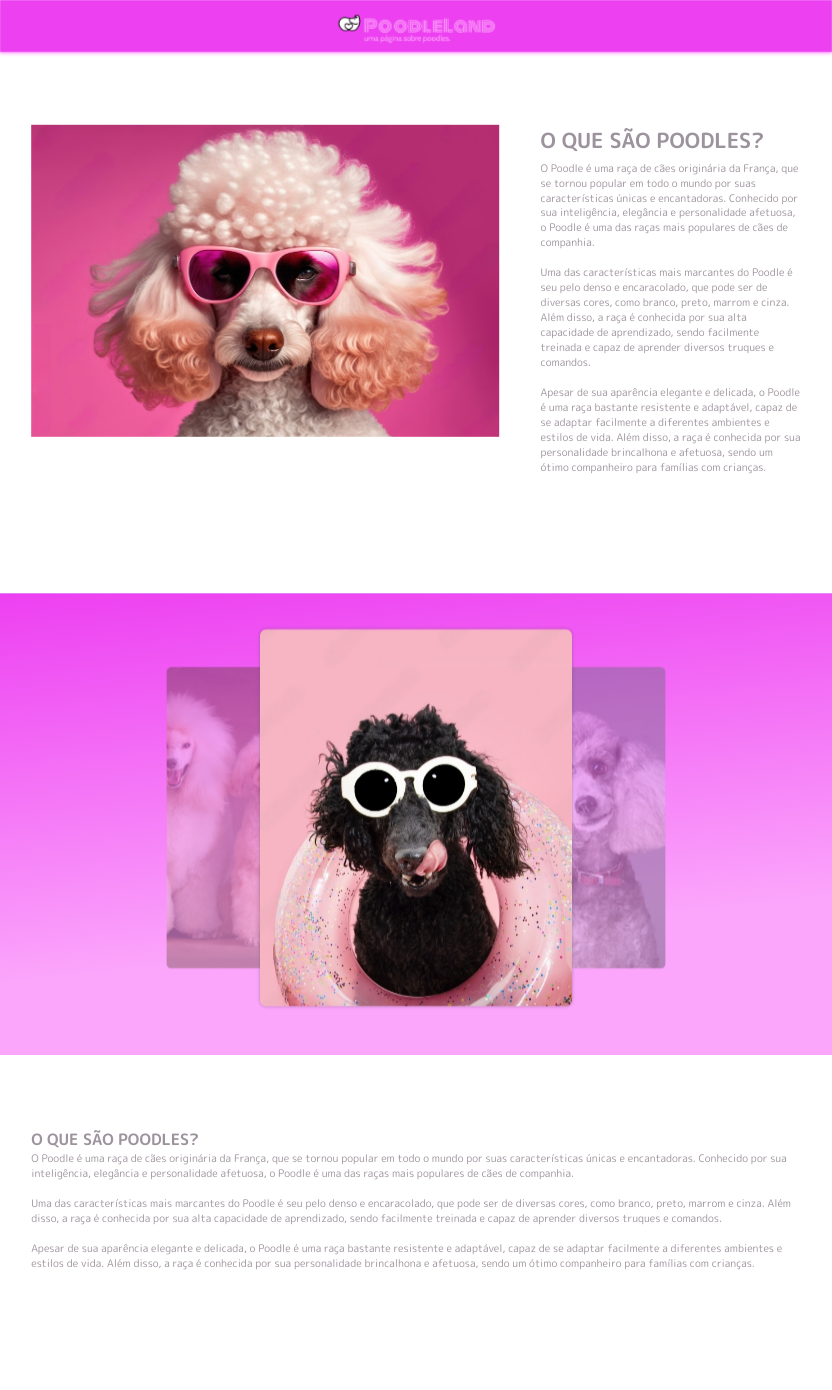
Repository: vinibalt/PoodleLand
Page: poddlelandia.html
These files come from the project's save history. The page is drawn as it stood at one moment and after the next save; the edit follows.
The browser window is 1280 px wide. The pictures show the whole page, at 65% of full size.

Above is the page before, as saved 2023-05-12 21:54:05.

After the next save:
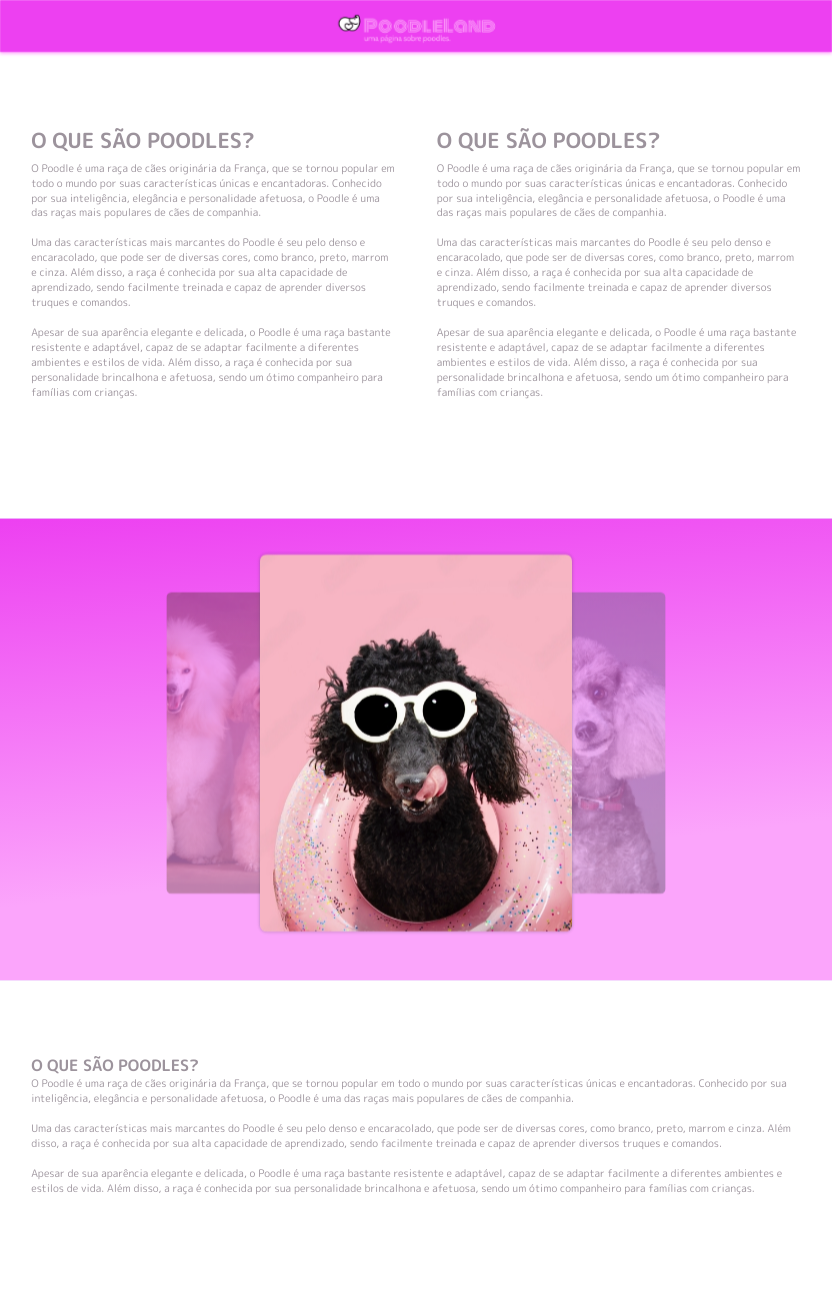
Saved 15 s later.
--- a/poddlelandia.html
+++ b/poddlelandia.html
@@ -17,8 +17,22 @@
     </header>
 
     <section class="section-one row">
-        <div class="img-one">
-            <img src="./assets/img/poddle-lindo.jpeg" alt="" height="480px">
+        <div class="text-one">
+            <h1>O QUE SÃO POODLES?</h1>
+            <p>
+                O Poodle é uma raça de cães originária da França, que se tornou popular em todo o mundo por suas
+                características únicas e encantadoras. Conhecido por sua inteligência, elegância e personalidade
+                afetuosa, o Poodle é uma das raças mais populares de cães de companhia. <br><br>
+                Uma das características mais marcantes do Poodle é seu pelo denso e encaracolado, que pode ser de
+                diversas cores, como branco, preto, marrom e cinza. Além disso, a raça é conhecida por sua alta
+                capacidade de aprendizado, sendo facilmente treinada e capaz de aprender diversos truques e comandos.
+                <br><br>
+                Apesar de sua aparência elegante e delicada, o Poodle é uma raça bastante resistente e adaptável, capaz
+                de se adaptar facilmente a diferentes ambientes e estilos de vida. Além disso, a raça é conhecida por
+                sua personalidade brincalhona e afetuosa, sendo um ótimo companheiro para famílias com crianças.
+                <br><br>
+
+            </p>
         </div>
 
         <div class="text-one">

After the save that followed:
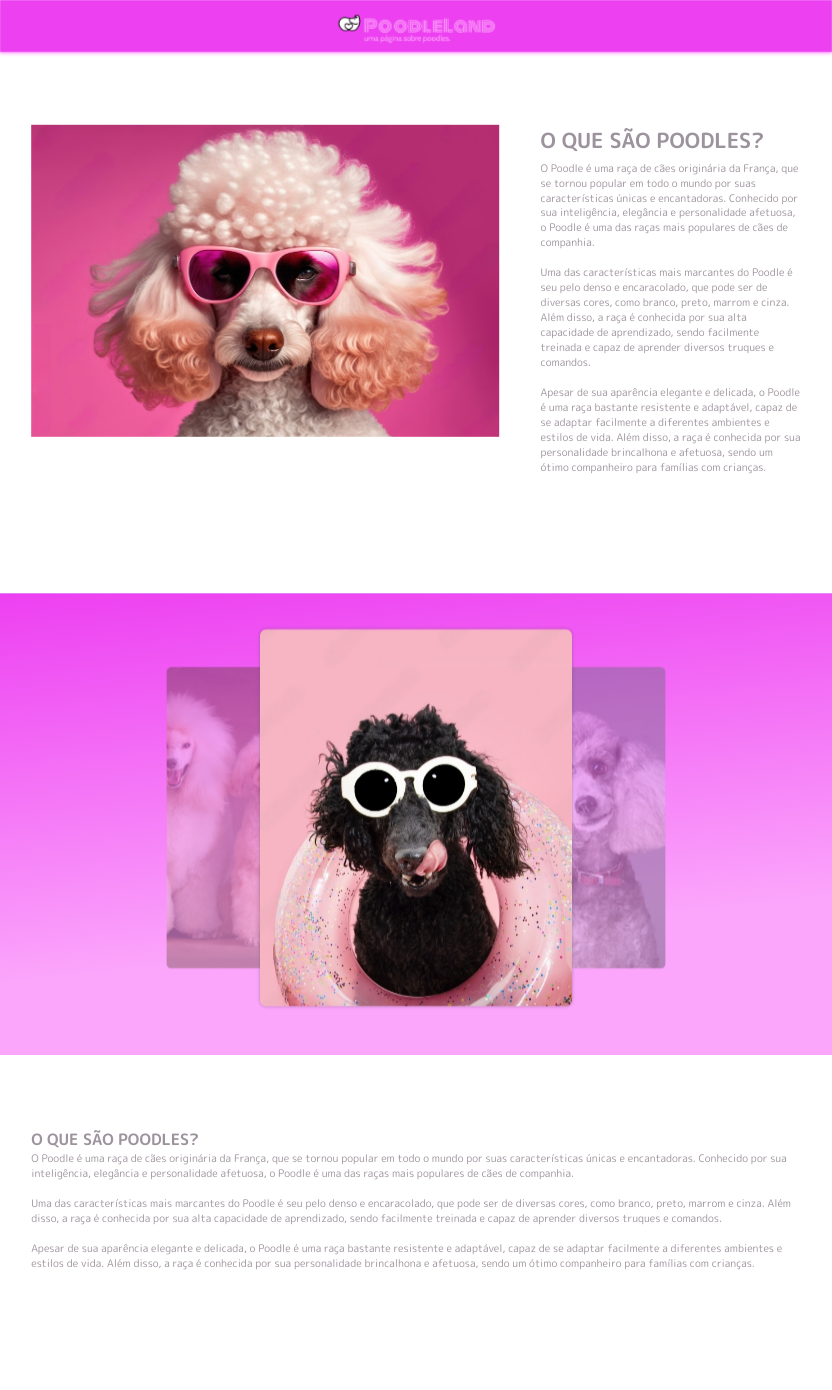
Saved 4 s later.
--- a/poddlelandia.html
+++ b/poddlelandia.html
@@ -17,22 +17,8 @@
     </header>
 
     <section class="section-one row">
-        <div class="text-one">
-            <h1>O QUE SÃO POODLES?</h1>
-            <p>
-                O Poodle é uma raça de cães originária da França, que se tornou popular em todo o mundo por suas
-                características únicas e encantadoras. Conhecido por sua inteligência, elegância e personalidade
-                afetuosa, o Poodle é uma das raças mais populares de cães de companhia. <br><br>
-                Uma das características mais marcantes do Poodle é seu pelo denso e encaracolado, que pode ser de
-                diversas cores, como branco, preto, marrom e cinza. Além disso, a raça é conhecida por sua alta
-                capacidade de aprendizado, sendo facilmente treinada e capaz de aprender diversos truques e comandos.
-                <br><br>
-                Apesar de sua aparência elegante e delicada, o Poodle é uma raça bastante resistente e adaptável, capaz
-                de se adaptar facilmente a diferentes ambientes e estilos de vida. Além disso, a raça é conhecida por
-                sua personalidade brincalhona e afetuosa, sendo um ótimo companheiro para famílias com crianças.
-                <br><br>
-
-            </p>
+        <div class="img-one">
+            <img src="./assets/img/poddle-lindo.jpeg" alt="" height="480px">
         </div>
 
         <div class="text-one">
